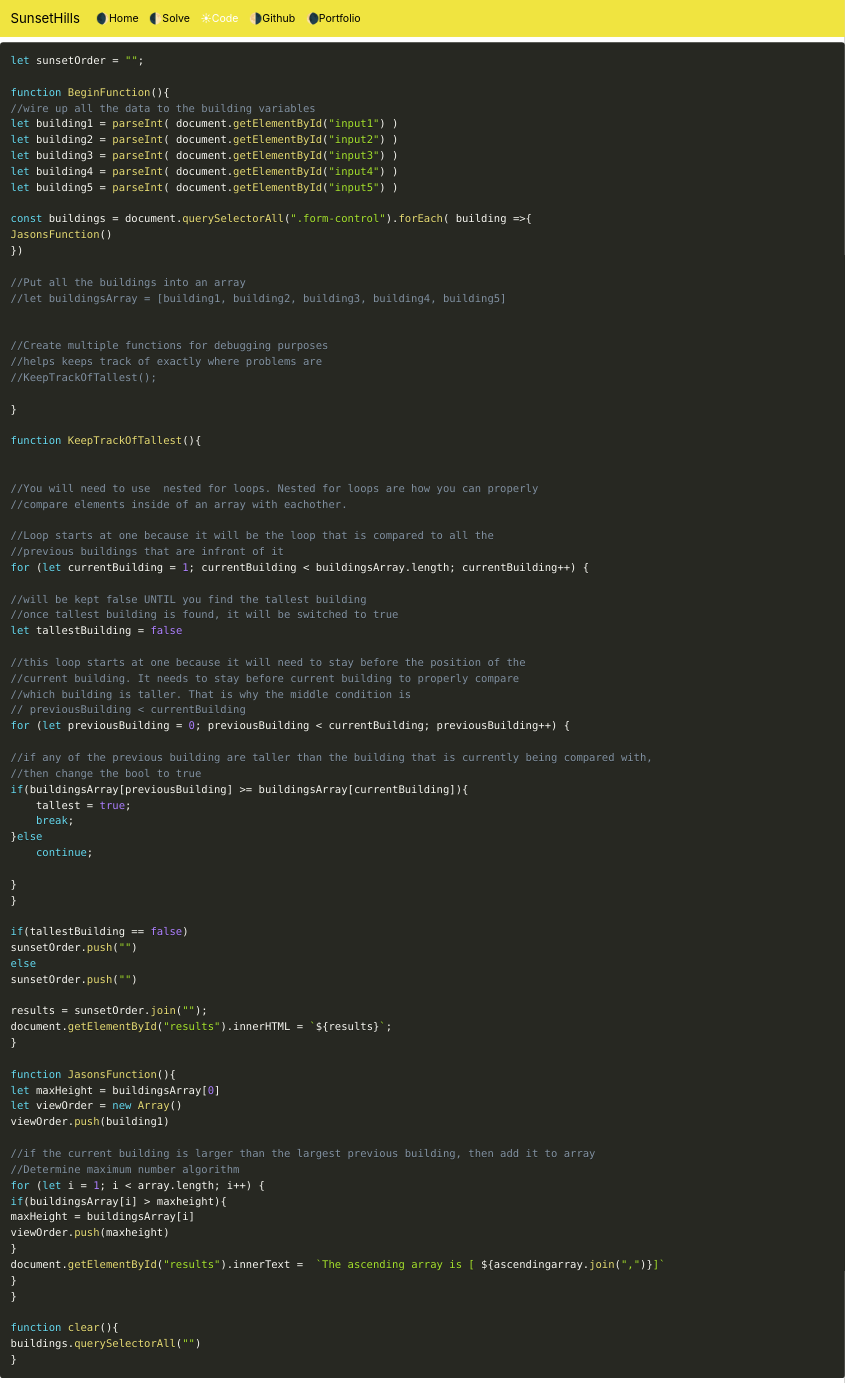
Repository: zhadjah9559/SunsetHills
Page: code.html
An editor plug-in stored every save of this project. The page is shown before and after the next save, followed by the edit.
The browser window is 1280 px wide. The pictures show the whole page, at 66% of full size.

Above is the page before, as saved 2021-01-14 17:19:19.

### code.html
<!doctype html>
<html lang="en">
  <head>
    <title>Title</title>
    <!-- Required meta tags -->
    <meta charset="utf-8">
    <meta name="viewport" content="width=device-width, initial-scale=1, shrink-to-fit=no">
    <meta http-equiv="X-UA-Compatible" content="ie=edge">
    <title>Fizz Buzz Coding Challenge (Implementing the Meta Strat</title>


    <!-- Bootstrap CSS -->
    <link rel="stylesheet" href="https://stackpath.bootstrapcdn.com/bootstrap/4.3.1/css/bootstrap.min.css" integrity="sha384-ggOyR0iXCbMQv3Xipma34MD+dH/1fQ784/j6cY/iJTQUOhcWr7x9JvoRxT2MZw1T" crossorigin="anonymous">
    <link rel="stylesheet" href="css/custom.css">
    <link rel="stylesheet" href="css/prism.css">

  </head>
  <body>
    <nav class="navbar navbar-expand-sm navbar-dark" style="background-color:  #F0E440;">
        <a class="navbar-brand" href="#">SunsetHills</a>
        <button class="navbar-toggler d-lg-none" type="button" data-toggle="collapse" data-target="#collapsibleNavId" aria-controls="collapsibleNavId"
            aria-expanded="false" aria-label="Toggle navigation"></button>
        <div class="collapse navbar-collapse" id="collapsibleNavId">
            <ul class="navbar-nav mr-auto mt-2 mt-lg-0">
                <li class="nav-item">
                    <a class="nav-link" href="index.html">🌒Home </a>
                </li>
                <li class="nav-item">
                    <a class="nav-link" href="solve.html">🌓Solve </a>
                </li>
                <li class="nav-item">
                    <a class="nav-link active" href="code.html">☀Code <span class="sr-only">(current)</span></a>
                </li>
                <li class="nav-item">
                    <a class="nav-link" target="_blank" href="https://github.com/zhadjah9559/SunsetHills">🌗Github</a>
                </li>
                <li class="nav-item">
                    <a class="nav-link" target="_blank" href="https://www.zacharyhadjah.netlify.app">🌘Portfolio</a>
                </li>
            </ul>
        </div>
    </nav>

    <pre class="language-javascript">
        <code class="line-numbers">
            let sunsetOrder = "";

function BeginFunction(){
//wire up all the data to the building variables
let building1 = parseInt( document.getElementById("input1") )
let building2 = parseInt( document.getElementById("input2") )
let building3 = parseInt( document.getElementById("input3") )
let building4 = parseInt( document.getElementById("input4") )
let building5 = parseInt( document.getElementById("input5") )

const buildings = document.querySelectorAll(".form-control").forEach( building =>{
JasonsFunction()
})

//Put all the buildings into an array
//let buildingsArray = [building1, building2, building3, building4, building5]


//Create multiple functions for debugging purposes
//helps keeps track of exactly where problems are
//KeepTrackOfTallest();

}

function KeepTrackOfTallest(){


//You will need to use  nested for loops. Nested for loops are how you can properly
//compare elements inside of an array with eachother.

//Loop starts at one because it will be the loop that is compared to all the
//previous buildings that are infront of it
for (let currentBuilding = 1; currentBuilding < buildingsArray.length; currentBuilding++) {

//will be kept false UNTIL you find the tallest building
//once tallest building is found, it will be switched to true
let tallestBuilding = false

//this loop starts at one because it will need to stay before the position of the
//current building. It needs to stay before current building to properly compare
//which building is taller. That is why the middle condition is
// previousBuilding < currentBuilding
for (let previousBuilding = 0; previousBuilding < currentBuilding; previousBuilding++) {

//if any of the previous building are taller than the building that is currently being compared with,
//then change the bool to true
if(buildingsArray[previousBuilding] >= buildingsArray[currentBuilding]){
    tallest = true;
    break;
}else
    continue;

}
}

if(tallestBuilding == false)
sunsetOrder.push("")
else
sunsetOrder.push("")

results = sunsetOrder.join("");
document.getElementById("results").innerHTML = `${results}`;
}

function JasonsFunction(){
let maxHeight = buildingsArray[0]
let viewOrder = new Array()
viewOrder.push(building1)

//if the current building is larger than the largest previous building, then add it to array
//Determine maximum number algorithm
for (let i = 1; i < array.length; i++) {
if(buildingsArray[i] > maxheight){
maxHeight = buildingsArray[i]
viewOrder.push(maxheight)
}
document.getElementById("results").innerText =  `The ascending array is [ ${ascendingarray.join(",")}]`
}
}

function clear(){
buildings.querySelectorAll("")
}
        </code>
    </pre>

    <!-- Optional JavaScript -->
    <!-- jQuery first, then Popper.js, then Bootstrap JS -->
    <script src="https://code.jquery.com/jquery-3.3.1.slim.min.js" integrity="sha384-q8i/X+965DzO0rT7abK41JStQIAqVgRVzpbzo5smXKp4YfRvH+8abtTE1Pi6jizo" crossorigin="anonymous"></script>
    <script src="https://cdnjs.cloudflare.com/ajax/libs/popper.js/1.14.7/umd/popper.min.js" integrity="sha384-UO2eT0CpHqdSJQ6hJty5KVphtPhzWj9WO1clHTMGa3JDZwrnQq4sF86dIHNDz0W1" crossorigin="anonymous"></script>
    <script src="https://stackpath.bootstrapcdn.com/bootstrap/4.3.1/js/bootstrap.min.js" integrity="sha384-JjSmVgyd0p3pXB1rRibZUAYoIIy6OrQ6VrjIEaFf/nJGzIxFDsf4x0xIM+B07jRM" crossorigin="anonymous"></script>
    <script src="js/custom.js"></script>
    <script src="js/prism.js"></script>

  </body>
</html>

### css/custom.css
.navbar-dark .navbar-nav .active>.nav-link{
    color:black;
}
.navbar-dark .navbar-nav .nav-link{
    color:black;
}
.navbar .navbar-brand{
    color:black;
}

.container {
    width:960px;
    height:640px;
    position:absolute;
    top:50%;
    left:50%;
    margin-top:-320px;
    margin-left:-480px;
}

### css/prism.css
/* PrismJS 1.23.0
https://prismjs.com/download.html#themes=prism-okaidia&languages=markup+css+clike+javascript&plugins=normalize-whitespace */
/**
 * okaidia theme for JavaScript, CSS and HTML
 * Loosely based on Monokai textmate theme by http://www.monokai.nl/
 * @author ocodia
 */

code[class*="language-"],
pre[class*="language-"] {
	color: #f8f8f2;
	background: none;
	text-shadow: 0 1px rgba(0, 0, 0, 0.3);
	font-family: Consolas, Monaco, 'Andale Mono', 'Ubuntu Mono', monospace;
	font-size: 1em;
	text-align: left;
	white-space: pre;
	word-spacing: normal;
	word-break: normal;
	word-wrap: normal;
	line-height: 1.5;

	-moz-tab-size: 4;
	-o-tab-size: 4;
	tab-size: 4;

	-webkit-hyphens: none;
	-moz-hyphens: none;
	-ms-hyphens: none;
	hyphens: none;
}

/* Code blocks */
pre[class*="language-"] {
	padding: 1em;
	margin: .5em 0;
	overflow: auto;
	border-radius: 0.3em;
}

:not(pre) > code[class*="language-"],
pre[class*="language-"] {
	background: #272822;
}

/* Inline code */
:not(pre) > code[class*="language-"] {
	padding: .1em;
	border-radius: .3em;
	white-space: normal;
}

.token.comment,
.token.prolog,
.token.doctype,
.token.cdata {
	color: #8292a2;
}

.token.punctuation {
	color: #f8f8f2;
}

.token.namespace {
	opacity: .7;
}

.token.property,
.token.tag,
.token.constant,
.token.symbol,
.token.deleted {
	color: #f92672;
}

.token.boolean,
.token.number {
	color: #ae81ff;
}

.token.selector,
.token.attr-name,
.token.string,
.token.char,
.token.builtin,
.token.inserted {
	color: #a6e22e;
}

.token.operator,
.token.entity,
.token.url,
.language-css .token.string,
.style .token.string,
.token.variable {
	color: #f8f8f2;
}

.token.atrule,
.token.attr-value,
.token.function,
.token.class-name {
	color: #e6db74;
}

.token.keyword {
	color: #66d9ef;
}

.token.regex,
.token.important {
	color: #fd971f;
}

.token.important,
.token.bold {
	font-weight: bold;
}
.token.italic {
	font-style: italic;
}

.token.entity {
	cursor: help;
}

### js/custom.js
let sunsetOrder = "";

function BeginFunction(){
    //wire up all the data to the building variables
    let building1 = parseInt( document.getElementById("input1") )
    let building2 = parseInt( document.getElementById("input2") )
    let building3 = parseInt( document.getElementById("input3") )
    let building4 = parseInt( document.getElementById("input4") )
    let building5 = parseInt( document.getElementById("input5") )

    const buildings = document.querySelectorAll(".form-control").forEach( building =>{
        JasonsFunction()
    })

     //Put all the buildings into an array
     //let buildingsArray = [building1, building2, building3, building4, building5]


    //Create multiple functions for debugging purposes
    //helps keeps track of exactly where problems are
    //KeepTrackOfTallest();

}

function KeepTrackOfTallest(){


    //You will need to use  nested for loops. Nested for loops are how you can properly
    //compare elements inside of an array with eachother.

    //Loop starts at one because it will be the loop that is compared to all the
    //previous buildings that are infront of it
    for (let currentBuilding = 1; currentBuilding < buildingsArray.length; currentBuilding++) {

        //will be kept false UNTIL you find the tallest building
        //once tallest building is found, it will be switched to true
        let tallestBuilding = false

        //this loop starts at one because it will need to stay before the position of the
        //current building. It needs to stay before current building to properly compare
        //which building is taller. That is why the middle condition is
        // previousBuilding < currentBuilding
        for (let previousBuilding = 0; previousBuilding < currentBuilding; previousBuilding++) {

            //if any of the previous building are taller than the building that is currently being compared with,
            //then change the bool to true
            if(buildingsArray[previousBuilding] >= buildingsArray[currentBuilding]){
                tallest = true;
                break;
            }else
                continue;

        }
    }

    if(tallestBuilding == false)
        sunsetOrder.push("")
    else
        sunsetOrder.push("")

    results = sunsetOrder.join("");
    document.getElementById("results").innerHTML = `${results}`;
}

function JasonsFunction(){
    let maxHeight = buildingsArray[0]
    let viewOrder = new Array()
    viewOrder.push(building1)

    //if the current building is larger than the largest previous building, then add it to array
    //Determine maximum number algorithm
    for (let i = 1; i < array.length; i++) {
        if(buildingsArray[i] > maxheight){
            maxHeight = buildingsArray[i]
            viewOrder.push(maxheight)
        }
        document.getElementById("results").innerText =  `The ascending array is [ ${ascendingarray.join(",")}]`
    }
}

function clear(){
    buildings.querySelectorAll("")
}

Loaded but not shown: js/prism.js (library)

After the next save:
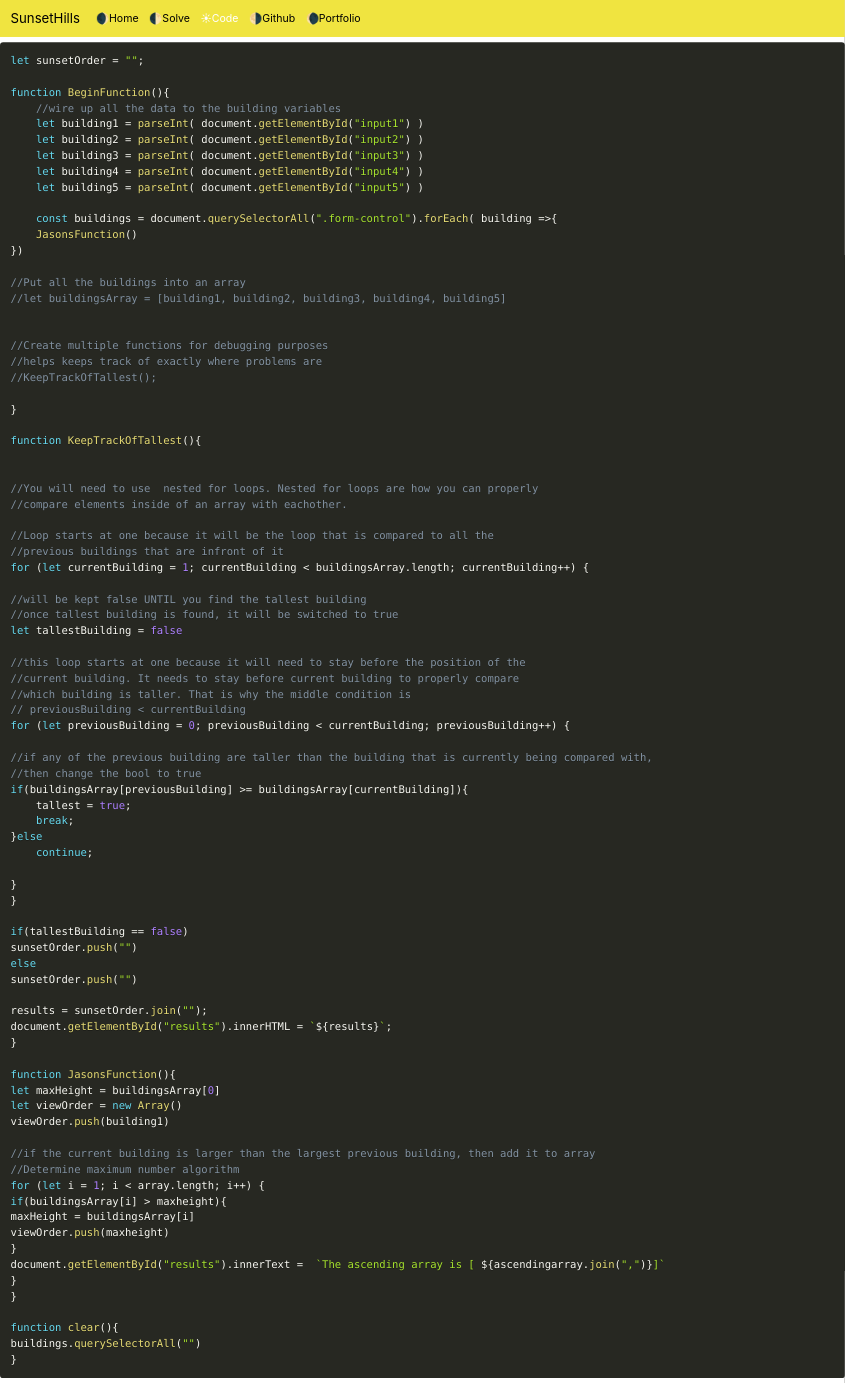
Saved 11 s later.
--- a/code.html
+++ b/code.html
@@ -46,15 +46,15 @@
             let sunsetOrder = "";
 
 function BeginFunction(){
-//wire up all the data to the building variables
-let building1 = parseInt( document.getElementById("input1") )
-let building2 = parseInt( document.getElementById("input2") )
-let building3 = parseInt( document.getElementById("input3") )
-let building4 = parseInt( document.getElementById("input4") )
-let building5 = parseInt( document.getElementById("input5") )
+    //wire up all the data to the building variables
+    let building1 = parseInt( document.getElementById("input1") )
+    let building2 = parseInt( document.getElementById("input2") )
+    let building3 = parseInt( document.getElementById("input3") )
+    let building4 = parseInt( document.getElementById("input4") )
+    let building5 = parseInt( document.getElementById("input5") )
 
-const buildings = document.querySelectorAll(".form-control").forEach( building =>{
-JasonsFunction()
+    const buildings = document.querySelectorAll(".form-control").forEach( building =>{
+    JasonsFunction()
 })
 
 //Put all the buildings into an array
